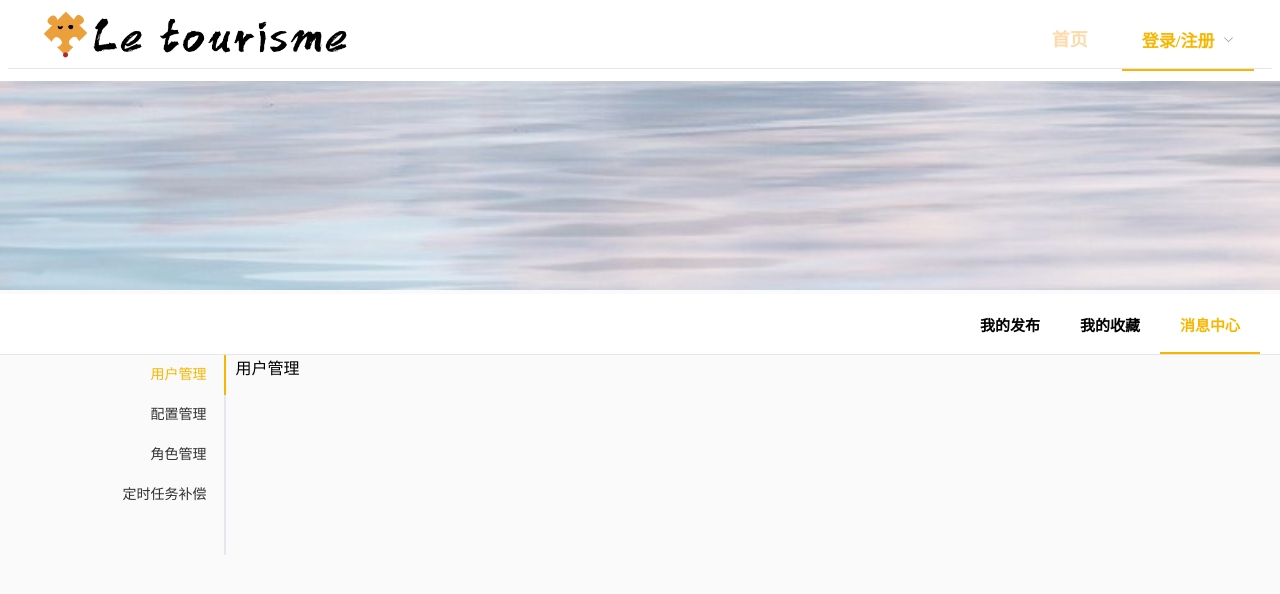
Repository: linxuerou0129/2020.08.31
Page: /Message
The author's editor kept a copy of each file at every save. The page is drawn from the files as they stood at one save, then again after the next save.
The browser window is 1280 px wide. The pictures show the whole page.
The page's requests for data from a server got no answer. The project was rebuilt for these pictures with package versions that can differ from the ones it lists, and the page was loaded fresh each time. No one was signed in, and anything a server would have sent is missing. Also part of the build but not shown: src/views/Home.vue.

Above is the page before, as saved 2020-08-29 22:45:41.

### src/main.js

import ElementUI from 'element-ui' //新添加
import '../theme/index.css' //新添加，避免后期打包样式不同，要放在import App from './App';之前

import Vue from 'vue'
import App from './App.vue'
import router from './router'

Vue.use(ElementUI)   //新添加

import axios from 'axios'
axios.defaults.withCredentials = true;

Vue.config.productionTip = false

new Vue({
  router,
  render: h => h(App)
}).$mount('#app')

import VDistpicker from 'v-distpicker'
Vue.component('v-distpicker', VDistpicker);

### src/App.vue
<template>
<div id="app">
<el-menu :default-active="$route.path" class="el-menu-demo" mode="horizontal" @select="handleSelect" text-color="#FCDAA9" active-text-color="#f8b600" router>
  <img src="./assets/logo.png" width="55" class="logo">
  <img src="./assets/tittle.png" width="270">
  <el-menu-item index="/" class="head1"><strong>首页</strong></el-menu-item>
  <el-submenu class="head3" v-if="login" index="/Edit">
    <template slot="title">
      <el-avatar :src="circleUrl"></el-avatar>
    </template>
    <el-menu-item index="/Edit">
      我的设置
    </el-menu-item>
    <el-menu-item index="/Publish">
      发布游记
    </el-menu-item>
    <el-menu-item index="/Published">
      个人中心
    </el-menu-item>
    <el-menu-item index="/MyCollect">
      我的收藏
    </el-menu-item>
    <el-menu-item index="/Message">
      消息中心
    </el-menu-item>
    <el-menu-item  @click="logout">
      退出
    </el-menu-item>
  </el-submenu>
  <el-submenu v-if="!login"  class="head4" index=1>
    <template slot="title">
      <strong>登录/注册</strong>
    </template>
    <el-menu-item @click="dialogFormVisible = true">
      注册
    </el-menu-item>
    <el-menu-item @click="loginFormShow = true">
      登录
    </el-menu-item>
  </el-submenu>
</el-menu>
<router-view></router-view>
<el-dialog title="注册" :visible.sync="dialogFormVisible">
  <el-form :model="formZhuce"  ref="formZhuce" status-icon :rules="rules">
    <el-form-item
      prop="email"
      label="邮箱"
      :rules="[
        { required: true, message: '请输入邮箱地址', trigger: 'blur' },
        { type: 'email', message: '请输入正确的邮箱地址', trigger: ['blur', 'change'] }
      ]"
    >
      <el-input v-model="formZhuce.email"></el-input>
      <el-button size="mini" @click="submitEmail" round>获取验证码</el-button>
    </el-form-item>
    <el-form-item label="验证码" prop="check">
      <el-input v-model="formZhuce.check"></el-input>
    </el-form-item>
    <el-form-item label="用户昵称" prop="name">
      <el-input v-model="formZhuce.name"></el-input>
    </el-form-item>
    <el-form-item label="密码" prop="pass">
      <el-input type="password" v-model="formZhuce.pass" autocomplete="off"></el-input>
    </el-form-item>
    <el-form-item label="确认密码" prop="checkPass">
      <el-input type="password" v-model="formZhuce.checkPass" autocomplete="off"></el-input>
    </el-form-item>
    <el-form-item>
      <el-button type="primary" @click="submitForm('formZhuce')">注册</el-button>
      <el-button @click="dialogFormVisible = false">取消</el-button>
    </el-form-item>
  </el-form>
</el-dialog>
<el-dialog title="登录" :visible.sync="loginFormShow">
  <el-form :model="formLogin"  ref="formLogin" status-icon :rules="rules">
    <el-form-item
      prop="email"
      label="邮箱"
      :rules="[
        { required: true, message: '请输入邮箱地址', trigger: 'blur' },
        { type: 'email', message: '请输入正确的邮箱地址', trigger: ['blur', 'change'] }
      ]"
    >
      <el-input v-model="formLogin.email"></el-input>
    </el-form-item>
    <el-form-item label="密码" prop="pass">
      <el-input type="password" v-model="formLogin.pass" autocomplete="off"></el-input>
    </el-form-item>
    <el-form-item>
      <a href="/Forget">忘记密码</a>
    </el-form-item>
    <el-form-item>
      <el-button type="primary" @click="loginIt('formLogin')">登录</el-button>
      <el-button @click="loginFormShow= false">取消</el-button>
    </el-form-item>
  </el-form>
</el-dialog>
</div>
</template>
<style>
    .el-menu--horizontal>.el-submenu .el-submenu__title {
        font-size: 17px;
    }
</style>
<style scoped>
.avatar-uploader {
    border: 1px dashed black;
    border-radius: 6px;
    cursor: pointer;
    position: relative;
    overflow: hidden;
    width: 178px;
    height: 178px;
  }
  .avatar-uploader-icon {
    font-size: 28px;
    color: #8c939d;
    width: 178px;
    height: 178px;
    line-height: 178px;
    text-align: center;
  }
  .avatar {
    width: 178px;
    height: 178px;
    display: block;
  }
.logo{
  position: fixed;
  top: 1%;
  left: 3%;
}
.head1{
  position: relative;
  left: 81%;
  font-size: 18px;
}
.head3{
  position: fixed;
  right:4.5%;
  top: 1.3%;
  font-size: 18px;
}
.head4{
  position: fixed;
  right: 2%;
  top: 1.5%;
  font-size: 18px!important;
}
</style>

<script>
import { Message } from 'element-ui';
import axios from 'axios'
export default {
    data() {
       var validatePass = (rule, value, callback) => {
        if (value === '') {
          callback(new Error('请输入密码'));
        } else {
          if (this.formZhuce.checkPass !== '') {
            this.$refs.formZhuce.validateField('checkPass');
          }
          callback();
        }
      };
      var validatePass2 = (rule, value, callback) => {
        if (value === '') {
          callback(new Error('请再次输入密码'));
        } else if (value !== this.formZhuce.pass) {
          callback(new Error('两次输入密码不一致!'));
        } else {
          callback();
        }
      };
      return {
        circleUrl: "http://106.75.157.168:5657/api/static/touxiang.png",
        activeIndex: '1',
        activeIndex2: '1',
        login:false,
        dialogFormVisible:false,
        loginFormShow:false,
        setFormShow:false,
        formZhuce: {
          email:'',
          pass:'',
          checkPass:'',
          name:'',
          check:''
        },
        formLogin:{
          email:'',
          pass:''
        },
        imageUrl: '',
        rules: {
          pass: [
            { validator: validatePass, trigger: 'blur' }
          ],
          checkPass: [
            { validator: validatePass2, trigger: 'blur' }
          ],
          check:[
            { required: true, message: '请输入验证码', trigger: 'blur'},
            { min: 4, max: 4, message: '长度为4个字符', trigger: 'blur' }
          ],
          name:[
            { required: true, message: '请输入用户昵称', trigger: 'blur' },
            { min: 4, max: 16, message: '长度在 4 到 16 个字符', trigger: 'blur' }
          ],
        }
      };
    },
    methods: {
      handleSelect(key, keyPath) {
        console.log(key, keyPath);
      },
      submitForm(formName) {
        this.$refs[formName].validate((valid) => {
          if (valid) {
              axios.post('http://106.75.157.168:5657/api/register', {
                register_email: this.formZhuce.email,
                register_name:this.formZhuce.name,
                register_password:this.formZhuce.pass,
                register_code:this.formZhuce.check
              })
            .then((response) =>{
              console.log(response.data);
              if(response.data.status=="success"){
                this.dialogFormVisible = false;
                Message.success('注册成功');
              }
              else{
                Message.error(response.data.status)
              }
            })
            .catch(function (error) {
              console.log(error);
            });
          }
          else {
            console.log('error submit!!');
            return false;
          }
        });
      },
      submitEmail(){
        var reg = /^[a-zA-Z0-9]+@[a-z0-9]{2,5}\.[a-z]{2,3}(\.[a-z]{2,3})?$/;
        var result = reg.test(this.formZhuce.email);
        if(this.formZhuce.email==''){
          this.$message({
                    message: '邮箱不可为空',
                    type: 'warning'
                });
        }
        else if(!result){
          this.$message({
                    message: '邮箱输入有误',
                    type: 'warning'
                });
        }
        else{
          axios.post('http://106.75.157.168:5657/api/send_email', {
              email: this.formZhuce.email,
              type:6
            })
          .then((response)=> {
            console.log(response.data);
            Message.success('发送成功，请注意查收')
          })
          .catch(function (error) {
            console.log(error);
          });
        }
      },
      loginIt(formName) {
        this.$refs[formName].validate((valid) => {
          if (valid) {
            axios.post('http://106.75.157.168:5657/api/login', {
                login_id: this.formLogin.email,
                login_password:this.formLogin.pass
              })
            .then((response) =>{
              console.log(response.data);
              if(response.data.status=="success"){
                this.loginFormShow=false;
                this.login=true;
                Message.success('登录成功');
                location.href="/";
              }
              else{
                Message.error('登录失败，请重新登录');
              }
            })
            .catch(function (error) {
              console.log(error);
            });
          }
          else {
            console.log('error submit!!');
            return false;
          }
        });
      },
      logout(){
        axios.get('http://106.75.157.168:5657/api/logout_user')
            .then((response)=>{
              console.log(response.data);
              this.login=false;
              location.href="/";
              Message.success('退出成功');
            })
            .catch(function(error){
                console.log(error);
            });
      },
    },
    watch:{
      login:function(val,oldVal){
           if(val==true){
             axios({
              url:'http://106.75.157.168:5657/api/getinfo',
	            method: 'get'
            })
            .then((response)=>{
                 console.log(response.data);
                this.circleUrl="http://106.75.157.168:5657/api"+response.data.头像;
            })
            .catch(function(error){
                console.log(error);
            });
           }
        }
    },
    mounted(){
      axios({
            url:'http://106.75.157.168:5657/api/getinfo',
	            method: 'get'
            })
            .then((response)=>{
                 console.log(response.data);
                this.login=true
                this.circleUrl="http://106.75.157.168:5657/api"+response.data.头像;
                console.log("http://106.75.157.168:5657/api"+response.data.头像)
            })
            .catch(function(error){
                console.log(error);
            });
    }
  }
</script>

### src/router/index.js
import Vue from 'vue'
import VueRouter from 'vue-router'
import Home from '../views/Home.vue'

Vue.use(VueRouter)

  const routes = [
  {
    path: '/',
    name: 'Home',
    component: Home
  },
  {
    path: '/Edit',
    name: 'Edit',
    component: () => import(/* webpackChunkName: "about" */ '../views/Edit.vue')
  },
  {
    path: '/Published',
    name: 'Published',
    component: () => import(/* webpackChunkName: "about" */ '../views/Published.vue')
  },
  {
    path: '/MyCollect',
    name: 'MyCollect',
    component: () => import(/* webpackChunkName: "about" */ '../views/MyCollect.vue')
  },
  {
    path: '/Message',
    name: 'Message',
    component: () => import(/* webpackChunkName: "about" */ '../views/Message.vue')
  },
  {
    path: '/Forget',
    name: 'Forget',
    component: () => import(/* webpackChunkName: "about" */ '../views/Forget.vue')
  },
  {
    path: '/Publish',
    name: 'Publish',
    component: () => import(/* webpackChunkName: "about" */ '../views/Publish.vue')
  },
  {
    path: '/Show',
    name: 'Show',
    component: () => import(/* webpackChunkName: "about" */ '../views/Show.vue')
  },
]

const router = new VueRouter({
  mode: 'history',
  base: process.env.BASE_URL,
  routes
})

export default router

### src/views/Message.vue
<template>
<div class="content">
    <img src="../assets/map.jpg" style="width:100%">
    <el-menu
    :default-active="$route.path"
    class="el-menu-demo"
    mode="horizontal"
    @select="handleSelect"
    text-color="black"
    active-text-color="#f8b600"
    router>
        <el-menu-item index="/Published" class="head1"><strong>我的发布</strong></el-menu-item>
        <el-menu-item index="/MyCollect" class="head1"><strong>我的收藏</strong></el-menu-item>
        <el-menu-item index="/Message" class="head1"><strong>消息中心</strong></el-menu-item>
    </el-menu>
    <div class="body">
        <el-tabs tab-position="left" style="height: 200px;width:84%;margin-left:8%">
            <el-tab-pane label="用户管理">用户管理</el-tab-pane>
            <el-tab-pane label="配置管理">配置管理</el-tab-pane>
            <el-tab-pane label="角色管理">角色管理</el-tab-pane>
            <el-tab-pane label="定时任务补偿">定时任务补偿</el-tab-pane>
        </el-tabs>
    </div>
</div>
</template>

<script>
import axios from 'axios'
export default {
    data(){
        return{
        }
    },
    methods:{
        handleSelect(key, keyPath) {
            console.log(key, keyPath);
        }
    },
    created(){
      axios({
            url:'http://106.75.157.168:5657/api/getinfo',
	            method: 'get'
            })
            .then((response)=>{
                 console.log(response.data);
                 this.imageUrl="http://106.75.157.168:5657/api"+response.data.头像;
                 this.name=response.data.用户名;
            })
            .catch(function(error){
                console.log(error);
            });
    }
}
</script>

<style scoped>
.head1{
  position: relative;
  left: 75%;
  font-size: 15px;
}
.body{
    display: -webkit-flex; /* Safari */
    display: flex;
    flex-direction: row;
    margin-bottom: 2%;
}
.content{
  width: 100%;
   top: 11.3%;

    bottom:0;

    position:fixed;

    overflow-y:scroll;

    overflow-x:hidden;
  right: 0;
  background-color: #FAFAFA;
}
</style>

Loaded but not shown: public/index.html (common file); theme/index.css (library)

After the next save:
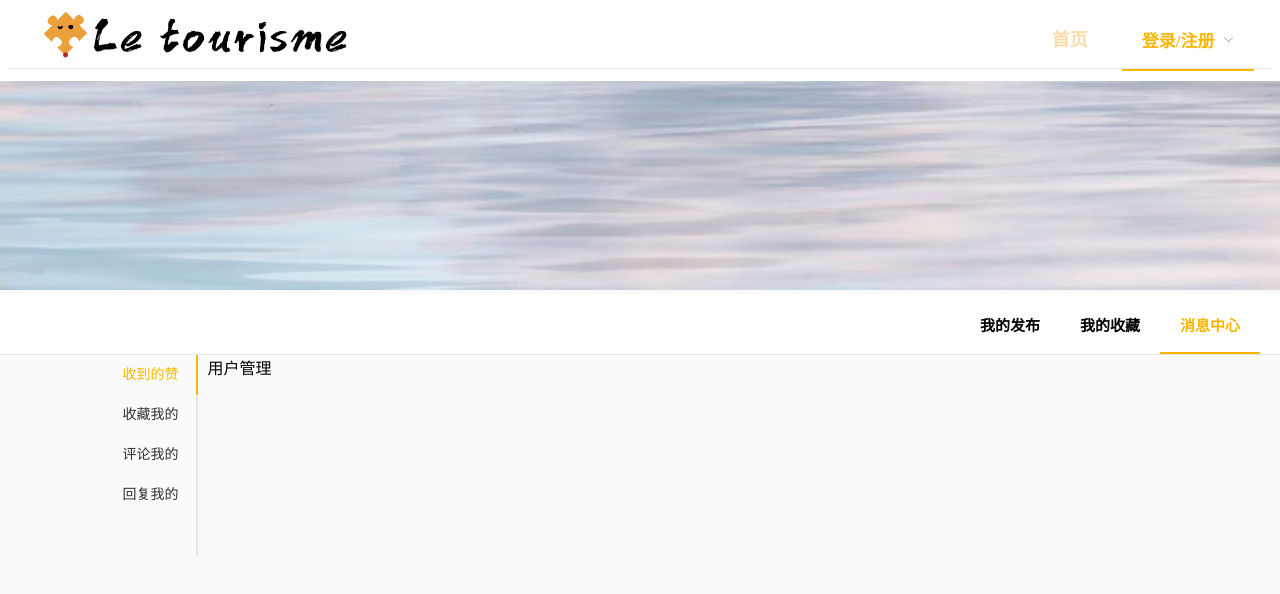
Saved 112 s later.
--- a/src/views/Message.vue
+++ b/src/views/Message.vue
@@ -15,10 +15,10 @@
     </el-menu>
     <div class="body">
         <el-tabs tab-position="left" style="height: 200px;width:84%;margin-left:8%">
-            <el-tab-pane label="用户管理">用户管理</el-tab-pane>
-            <el-tab-pane label="配置管理">配置管理</el-tab-pane>
-            <el-tab-pane label="角色管理">角色管理</el-tab-pane>
-            <el-tab-pane label="定时任务补偿">定时任务补偿</el-tab-pane>
+            <el-tab-pane label="收到的赞">用户管理</el-tab-pane>
+            <el-tab-pane label="收藏我的">配置管理</el-tab-pane>
+            <el-tab-pane label="评论我的">角色管理</el-tab-pane>
+            <el-tab-pane label="回复我的">定时任务补偿</el-tab-pane>
         </el-tabs>
     </div>
 </div>
